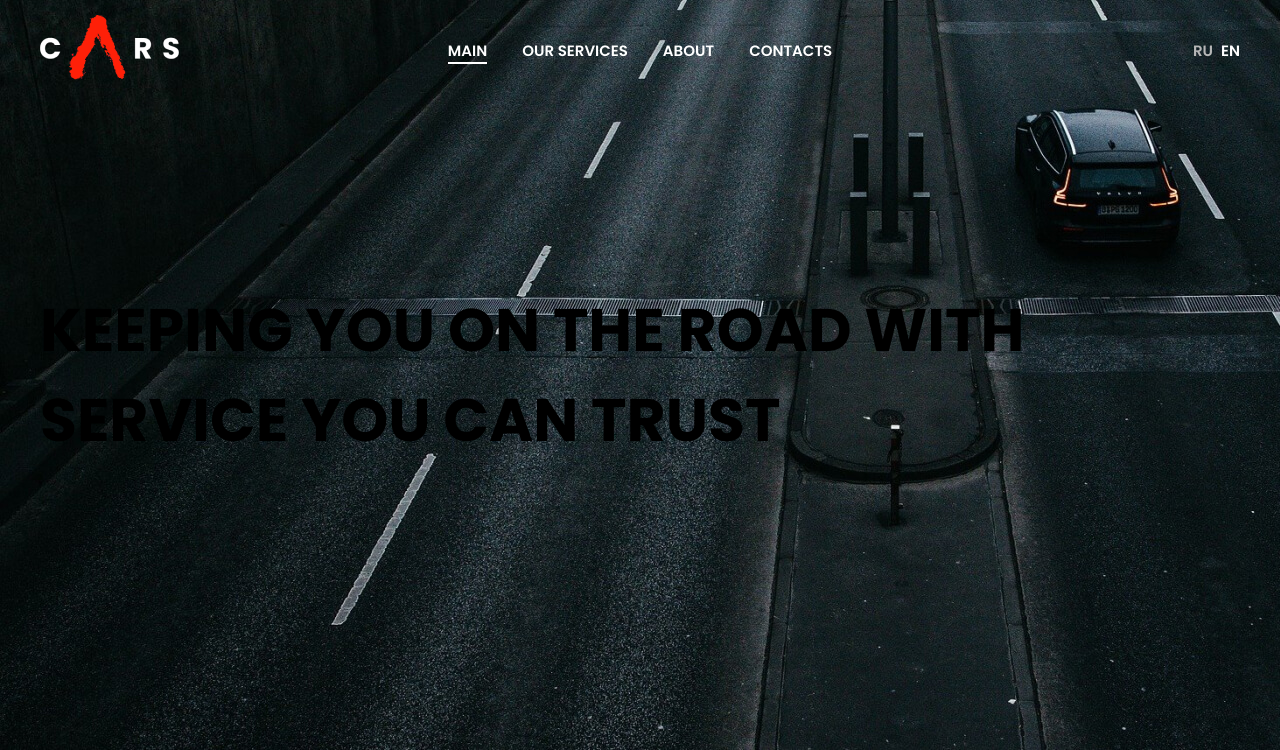
Repository: Earn1ll/car_repair
Page: index.html
These files come from the project's save history. The page is drawn as it stood at one moment and after the next save; the edit follows.
The browser window is 1280 px wide. The pictures show the whole page.

Above is the page before, as saved 2022-09-18 14:59:24.

### index.html
<!DOCTYPE html>
<html lang="en">
<head>
    <meta charset="UTF-8">
    <meta http-equiv="X-UA-Compatible" content="IE=edge">
    <meta name="viewport" content="width=device-width, initial-scale=1.0">
    <title>car repair</title>
    <link rel="stylesheet" href="css/style.css">
</head>
<body>
    <header class="header">
        <div class="container">
            <div class="header__wrapper">
                <div class="header__block">
                    <a href="/" class="header__logo">
                        <img src="img/logo.png" alt="logo">
                    </a>
                </div>

                <nav class="nav">
                    <a href="#" class="nav__link active">Main</a>
                    <a href="#" class="nav__link">Our services</a>
                    <a href="#" class="nav__link">About</a>
                    <a href="#" class="nav__link">Contacts</a>
                </nav>

                <div class="header__block">
                    <div class="header__lng">
                        <a href="#" class="header__lng-link ">ru</a>
                        <a href="#" class="header__lng-link active">en</a>
                    </div>
                </div>

            </div>
        </div>
    </header>

    <section class="intro">
        <div class="container">
            <div class="intro__content">
                <div class="intro__block">
                    <h1 class="intro__title">
                        KEEPING YOU ON THE ROAD WITH
                        SERVICE YOU CAN TRUST
                    </h1>
                </div>
            </div>
        </div>
    </section>
</body>
</html>

### css/style.css
@import url('https://fonts.googleapis.com/css2?family=Poppins:wght@400;600;700;800;900&display=swap');

*,*::before,::after {
    box-sizing: border-box;
}
body {
    margin: 0;
    font-family: 'Poppins', sans-serif;
    font-size: 15px;
}

h1,h2,h3,h4,h5,h6 {
    margin: 0;
}

.container {
    width: 1200px;
    margin: 0 auto;
}



/* header start working */
.header {
    width: 100%;
    position: absolute;
    top: 0;
    left: 0;
}

.header__wrapper {
    height: 100px;
    display: flex;
    justify-content: space-between;
    align-items: center;
}

.header__block {
    width: 20%;
}

.nav {
    display: flex;
}

.nav__link {
    margin-right: 35px;
    color: #fff;
    text-transform: uppercase;
    text-decoration: none;
    font-weight: 600;
    position: relative;
}

.nav__link::after {
    width: 100%;
    height: 2px;
    background-color: #fff;
    position: absolute;
    top: 100%;
    left: 0;
    content: '';
    opacity: 0;
    transition: opacity .2s ease;

}

.nav__link:last-child {
    margin-right: 0;
}

.nav__link:hover::after {
    opacity: 1;
}

.nav__link.active::after {
    opacity: 1;
}

.header__lng {
    display: flex;
    justify-content: flex-end;

}

.header__lng-link {
    margin-right: 8px;
    text-transform: uppercase;
    text-decoration: none ;
    font-weight: 600;
    color: #b7b7b7;
}

.header__lng-link:last-child {
    margin-right: 0;
}

.header__lng-link.active {
    color: #fff;
}
/* header end working */
/* intro start working */

.intro {
    background: url('../img/intro_bg.jpg');
}
.intro__content {
    height: 750px;
    display: flex;
    align-items: center;
}

.intro__block {

}

.intro__title {
    font-size: 60px;

}
/* intro end working */

After the next save:
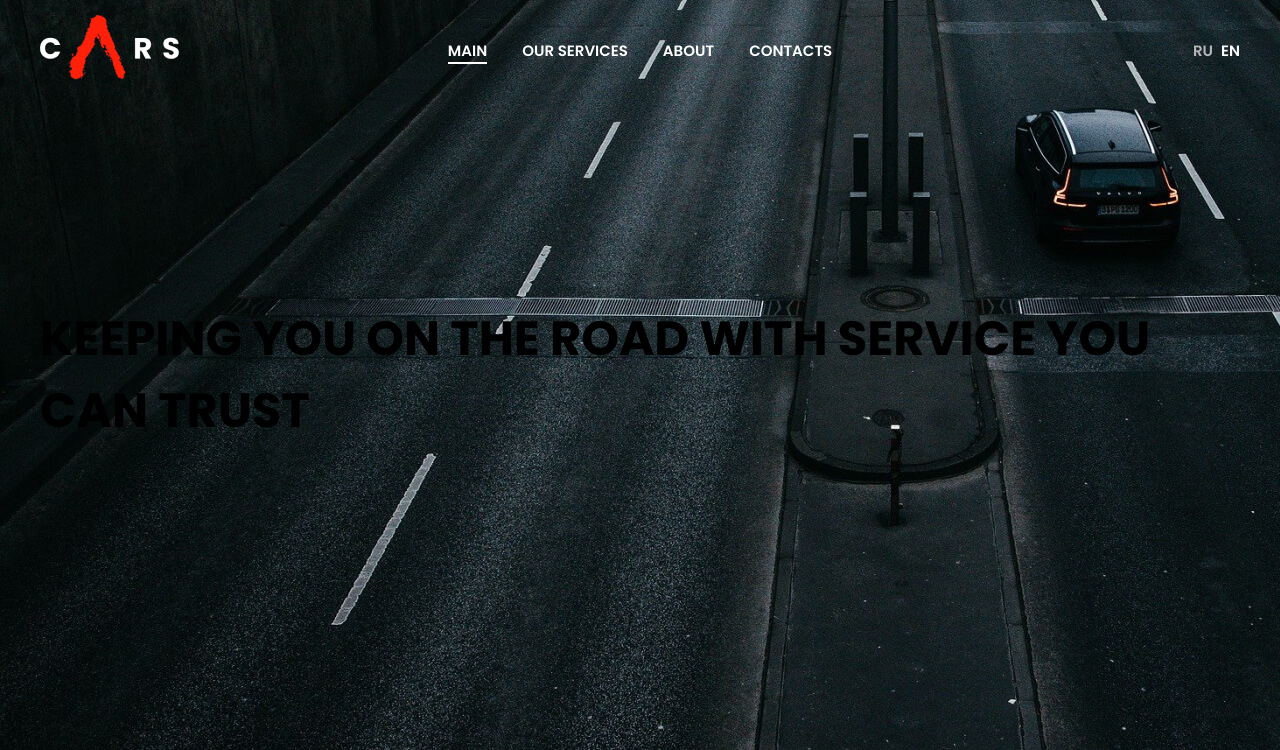
Saved 8 s later.
--- a/css/style.css
+++ b/css/style.css
@@ -115,7 +115,7 @@
 }
 
 .intro__title {
-    font-size: 60px;
+    font-size: 48px;
 
 }
 /* intro end working */
